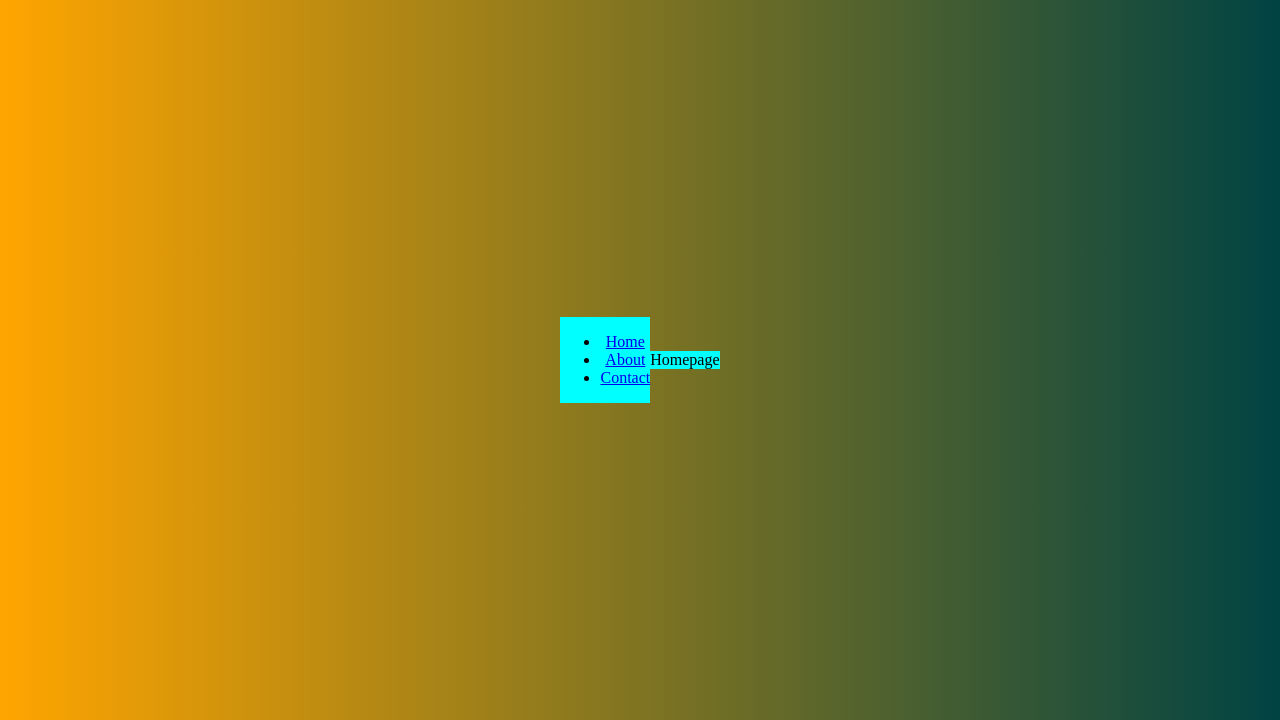
Repository: Alexandru-Morteanu/rodio
Page: /
An editor plug-in stored every save of this project. The page is shown before and after the next save, followed by the edit.
The browser window is 1280 px wide. The pictures show the whole page.
The project was rebuilt for these pictures with package versions that can differ from the ones it lists, and the page was loaded fresh each time.

Above is the page before, as saved 2023-01-29 18:51:08.

After the next save:
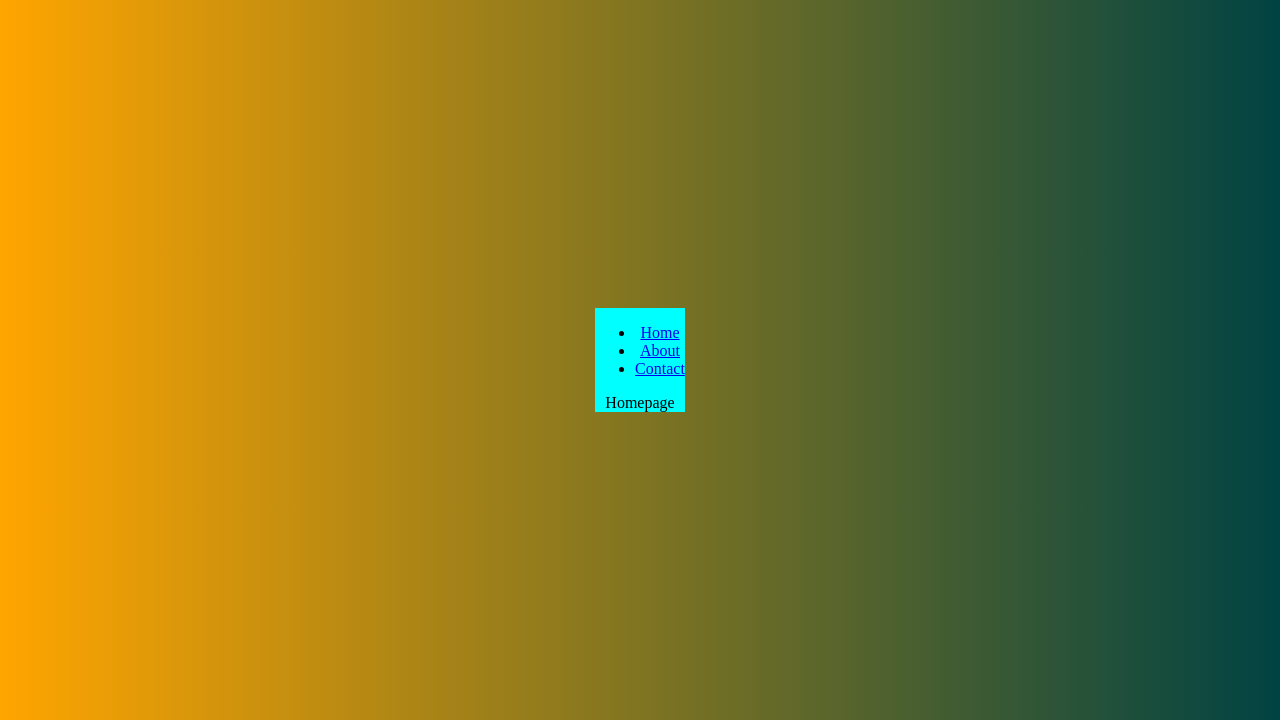
Saved 85 s later.
--- a/src/App.js
+++ b/src/App.js
@@ -11,7 +11,7 @@
   return (
     <div className="App">
       <Router>
-          <div className='container'>
+        <div className='container'>
             <nav>
               <ul>
                 <li>
@@ -25,10 +25,10 @@
                 </li>
               </ul>
             </nav>
-          </div>
-        <Routes>
-          <Route exact path="/" element={<Homepage />} />
-        </Routes>
+          <Routes>
+            <Route exact path="/" element={<Homepage />} />
+          </Routes>
+        </div>
       </Router>
     </div>
   );
